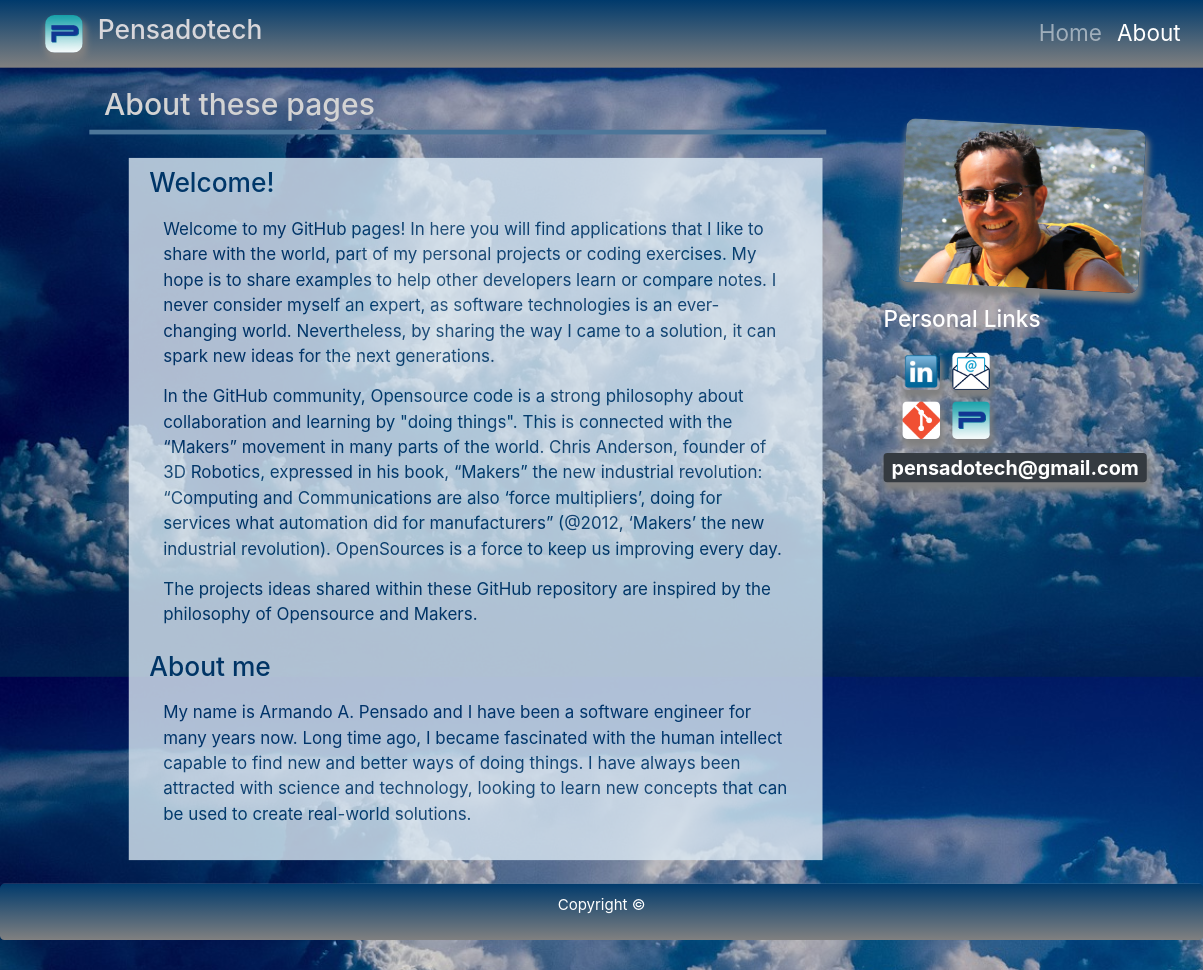
Repository: pensadotech/pensadotech.github.io
Page: about.html
An editor plug-in stored every save of this project. The page is shown before and after a run of saves, followed by the edit.
The browser window is 1280 px wide. The pictures show the whole page, at 94% of full size.
Backgrounds fixed to the window are drawn as part of the page.

Above is the page before, as saved 2022-10-29 13:15:17.

### about.html
<!DOCTYPE html>
<html lang="en">

<head>
  <meta charset="UTF-8">
  <meta name="viewport" content="width=<device-width>, initial-scale=1.0">
  <meta http-equiv="X-UA-Compatible" content="ie=edge">
  <title>About</title>
  <link rel="icon" href="./assets/images/pensadotech.ico">

  <!-- Styles  -->
  <link rel="stylesheet" href="./assets/styles/reset.css">
  <link href='https://stackpath.bootstrapcdn.com/bootstrap/4.1.1/css/bootstrap.min.css' rel='stylesheet'
    integrity='sha384-WskhaSGFgHYWDcbwN70/dfYBj47jz9qbsMId/iRN3ewGhXQFZCSftd1LZCfmhktB' crossorigin='anonymous'>
  <link rel="stylesheet" href="./assets/styles/ptech.css" class="css">
</head>

<body>

  <header class="header">
    <!-- Navigation var on top -->
    <nav class="navbar navbar-expand-sm navbar-dark gradBlue">
      <!-- Brand -->
      <a class="navbar-brand">
        <a class="nav-link d-inline" href="./index.html">
          <img src="./assets/images/P2.gif" alt="Logo" class="brandLogo imgRnd10 imageShadow">
        </a>
        <h3 class="d-inline align-baseline brandName">
          Pensadotech
        </h3>
      </a>
      <!-- Button for small devices -->
      <button class="navbar-toggler" type="button" data-toggle="collapse" data-target="#collapsibleNavbar">
        <span class="navbar-toggler-icon"></span>
      </button>
      <!-- Menu-Link options -->
      <div class="collapse navbar-collapse" id="collapsibleNavbar">
        <!-- Menu left aligned (ml-auto) ref: https://stackoverflow.com/questions/41513463/bootstrap-4-align-navbar-items-to-the-right -->
        <ul class="navbar-nav ml-auto">
          <li class="nav-item ml-auto ">
            <a class="nav-link" href="./index.html">Home</a>
          </li>
          <li class="nav-item ml-auto active">
            <a class="nav-link" href="./about.html">About</a>
          </li>
        </ul>
      </div>
    </nav>
  </header>
  <!-- header end -->

  <section class="section">
    <div class="container">

      <!-- Main row -->
      <div class="row">

        <!-- column 1 -->
        <div class="col-sm-9">

          <div class="row">
            <div class="col-sm-12 topSubtitle">
              <h2>About these pages</h2>
            </div>
          </div>
          <div class="row">
            <div class="col-sm-12">
              <div class="divider"> </div>
            </div>
          </div>

          <div class="d-flex p-2">
            <div class="row d-flex justify-content-center">
              <div class="contentEnvelop">

                <h3 class="sectionHeader">Welcome! </h3>
                <p class="sectionContent">
                  Welcome to my GitHub pages! In here you will find applications that I like to share with the world,
                  part of my personal projects or coding exercises.
                  My hope is to share examples to help other developers learn or
                  compare notes. I never consider myself an expert, as software technologies is an ever-changing world.
                  Nevertheless, by sharing the way I came to a solution, it can spark new ideas for the next
                  generations.
                </p>
                <p class="sectionContent">
                  In the GitHub community, Opensource code is a strong philosophy about collaboration and learning by
                  "doing things". This is connected with the “Makers” movement in many parts of the world. Chris
                  Anderson, founder of 3D Robotics, expressed in his book, “Makers” the new industrial revolution:
                  “Computing and Communications are also ‘force multipliers’, doing for services what automation did
                  for manufacturers” (@2012, ‘Makers’ the new industrial revolution). OpenSources is a force to keep
                  us improving every day.
                </p>
                <p class="sectionContent">
                  The projects ideas shared within these GitHub repository are inspired by the philosophy of
                  Opensource and Makers.
                </p>

                <h3 class="sectionHeader">About me </h3>
                <p class="sectionContent">
                  My name is Armando A. Pensado and I have been a software engineer for many years now. Long time ago, I
                  became fascinated with the human intellect capable to find new and better ways of doing things. I have
                  always been attracted with science and technology, looking to learn new concepts that can be used to
                  create real-world solutions.
                </p>

              </div>
            </div>
          </div>
        </div>
        <!-- column 1 end -->

        <!-- column 2 -->
        <div class="col-sm-3">
          <!-- <h6>About</h6> -->
          <div class="personalImageHolder">
            <img class="img-fluid personalImage imgRnd10 imageShadow imageRotate" src="./assets/images/pensado2016.jpg"
              alt="Armando A. Pensado">
          </div>


          <h4 class="personalHeader">Personal Links</h4>

          <div class="perLinkGroup">
            <!-- First group -->
            <div class="d-flex flex-nowrap perLinkFstRow">
              <div class="p-2 perLinkImgHolder">
                <a class="nav-link active" href="https://www.linkedin.com/in/armandopensado/" target="_blank"
                  title="go to linkedIn">
                  <img class="perLinkImg imgRnd5 imageShadow" src="./assets/images/linkedin.png" alt="linkeIn">
                </a>
              </div>
              <div class="p-2 perLinkImgHolder">
                <a class="nav-link active" href="mailto:pensadotech@gmail.com?Subject=Hello%20I%20have%20a%20request" target="_top"
                  title="send email">
                  <img class="perLinkImg imgRnd5 imageShadow" src="./assets/images/email.png" alt="Twitter">
                </a>
              </div>
            </div>
            <!-- Second group -->
            <div class="d-flex flex-nowrap">
              <div class="p-2 perLinkImgHolder">
                <a class="nav-link active" href="https://github.com/pensadotech" target="_blank" title="go to GitHub">
                  <img class="perLinkImg imgRnd5 imageShadow" src="./assets/images/git.png" alt="gitHub">
                </a>
              </div>
              <div class="p-2 perLinkImgHolder">
                <a class="nav-link active" href="http://www.pensadotech.com/" target="_blank" title="go to website">
                  <img class="perLinkImg imgRnd5 imageShadow" src="./assets/images/P2.gif" alt="pensadoTech">
                </a>
              </div>
              <div class="p-2 perLinkImgHolder">
                <!-- <a class="nav-link active" href="http://pensadotech.blogspot.com/" target="_blank" title="go to blog">
                  <img class="perLinkImg imgRnd5 imageShadow" src="./assets/images/blog.png" alt="blogg">
                </a> -->
              </div>
            </div>
          </div>
          <!-- perLinkGroup -->

          <h3 class="contactLinks">
            <span class="badge badge-dark imageShadow">pensadotech@gmail.com</span>
          </h3>

        </div>
        <!-- column 2 end -->

      </div>
      <!-- main row end -->

    </div>
    <!-- container end -->
  </section>
  <!-- section end -->

  <footer class="footer jumbotron text-center gradBlue">
    <p>Copyright &copy;</p>
  </footer>


  <!-- Scripts ............................. -->
  <script src="https://code.jquery.com/jquery-3.3.1.slim.min.js"
    integrity="sha384-q8i/X+965DzO0rT7abK41JStQIAqVgRVzpbzo5smXKp4YfRvH+8abtTE1Pi6jizo" crossorigin="anonymous">
  </script>
  <script src="https://cdnjs.cloudflare.com/ajax/libs/popper.js/1.14.3/umd/popper.min.js"
    integrity="sha384-ZMP7rVo3mIykV+2+9J3UJ46jBk0WLaUAdn689aCwoqbBJiSnjAK/l8WvCWPIPm49" crossorigin="anonymous">
  </script>
  <script src="https://stackpath.bootstrapcdn.com/bootstrap/4.1.3/js/bootstrap.min.js"
    integrity="sha384-ChfqqxuZUCnJSK3+MXmPNIyE6ZbWh2IMqE241rYiqJxyMiZ6OW/JmZQ5stwEULTy" crossorigin="anonymous">
  </script>

</body>

</html>

### assets/styles/ptech.css
body {
    /* Remove margins and padding around content */
    margin: 0;
    padding: 0;
    /* Fix background during scrolling */
    background-attachment: fixed;
    /* Use scalable background image (cross borwser) */
    background-image: url("../images/Background.jpg");
    background-position: center center;
    background-attachment: fixed;
    -webkit-background-size: cover;
    -moz-background-size: cover;
    -o-background-size: cover;
    background-size: cover;
    color: #003A6C;
}

.gradBlue {
    /* Gradient for NavBar */
    background-image: -webkit-linear-gradient(top, #003A6C, gray);
    background-image: -moz-linear-gradient(top, #003A6C, gray);
    background-image: -ms-linear-gradient(top, #003A6C, gray);
    background-image: -o-linear-gradient(top, #003A6C, gray);
    background-image: linear-gradient(top, #003A6C, gray);
}

.imgRnd10 {
    /* Rounded image corners */
    -webkit-border-radius: 10px;
    -moz-border-radius: 10px;
    border-radius: 10px;
}

.imgRnd5 {
    /* Rounded image corners */
    -webkit-border-radius: 5px;
    -moz-border-radius: 5px;
    border-radius: 5px;
}

.imageShadow {
    /* Add drop shadow */
    -webkit-box-shadow: 2px 7px 7px 2px gray;
    -moz-box-shadow: 2px 7px 7px 2px gray;
    box-shadow: 2px 7px 7px 2px gray;
}

.imageRotate {
    /* Rotate Image */
    -webkit-transform: rotate(3deg);
    -moz-transform: rotate(3deg);
    -o-transform: rotate(3deg);
    -ms-transform: rotate(3deg);
    transform: rotate(3deg);
}

/* Header ............................................... */
.brandName {
    color: rgb(216, 215, 219);
}

.header a {
    font-size: 24px;
}

a:hover {
    font-size: 25px;
}

.brandLogo {
    width: 40px;
}

/*  Footer ..................................... */
.footer {
    color: white;
    /* Controling the size of a jumbotron */
    padding-top: 10px;
    padding-bottom: 10px;
}

.redBorder {
    border: 2px solid red;
}

.grayBorder {
    border: 2px solid gray;
}

.divider {
    background-color: rgb(77, 118, 153);
    height: 5px;
    width: 95%;
    margin-left: 10px;
}

.topSubtitle {
    padding-top: 20px;
    margin-left: 3%;
    color: lightgray;
}

.contentEnvelop {
    background-color: #DBE9F4;
    opacity: 0.8;
    margin: 2% 5% 2% 7%;
    padding-bottom: 20px;
}

.sectionHeader {
    padding-top: 10px;
    padding-bottom: 10px;
    margin-left: 3%;
}

.sectionContent {
    font-size: 18px;
    margin-left: 5%;
    margin-right: 5%;
}




/* Personal image ...............................*/
.personalImageHolder {
    margin: 40px 0px 20px 0px;
}

.personalImage {
    width: 270px;
    margin-top: 20px;
    margin-left: 20px;
}

.personalHeader {
    color: white;
}

/* Personla links ............................*/
.perLinkGroup {
    margin: 20px 10px 20px 20px;
}

.perLinkFstRow {
    margin: 5px 0px 20px 0px;
}

.perLinkImgHolder {
    position: relative;
    margin-right: 5px;
}

.perLinkImg {
    width: 40px;
    padding-left: 0px;
    position: absolute;
    top: 0;
    left: 0;
}

.perLinkImg:hover {
    width: 45px;
}

.contactLinks {
    font-size: 28px;
}

/* media queries .............................. */
/* Intermediate tables */
@media screen and (max-width: 1200px) and (min-width: 986px) {
    .contactLinks {
        font-size: 24px;
    }
}

/* Small tables */
@media screen and (max-width: 985px) and (min-width: 576px) {
    .contactLinks {
        font-size: 18px;
    }
}

/* Mobile */
@media screen and (max-width: 576px) {
    .contactLinks {
        font-size: 28px;
    }
}

/* Article Cards ................................... */
.card {
    margin: 20px;
    width: 160px;
    height: 150px;
    background-color: lightgray;
    display: flex;
    justify-content: center;
    align-items: center;
}

.card-title {
    margin-top: 3px;
}

.card:hover {
    width: 170px;
    border: 3px solid blue;
}

/* Articles .......................................*/
.articleTitle {
    color: rgb(3, 3, 121);
    font-weight: bolder;
}

.articleSubtitle {
    color: gray;
}

.elementCenter {
    display: flex;
    justify-content: center;
    align-items: center;
}

.articleLinkImg:hover {
    font-size: 35px;
}

.articleLinkImg {
    width: 30px;
    padding-left: 0px;
}

/*  Image sizes ...................................... */
.articleImage40 {
    width: 40%;
}

.articleImage50 {
    width: 50%;
}

.articleImage60 {
    width: 60%;
}

.articleImage70 {
    width: 70%;
}

.articleImage80 {
    width: 80%;
}

.articleImage90 {
    width: 90%;
}

.articleImage100 {
    width: 100%;
}

Loaded but not shown: assets/styles/reset.css (common file)

After the next 2 saves:
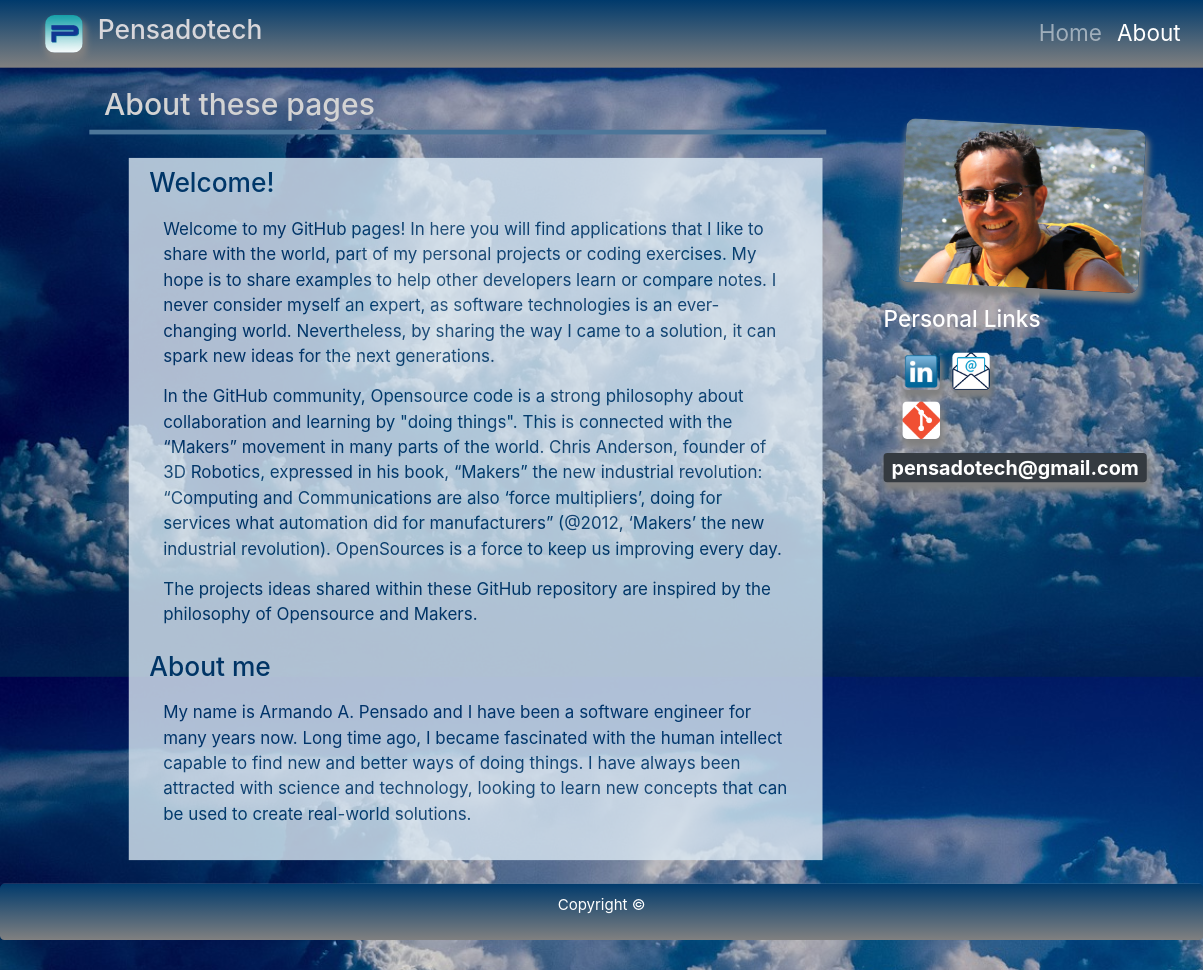
The 2 saves are shown as one change because they came seconds apart.
The last was saved 12 s later.
--- a/about.html
+++ b/about.html
@@ -144,11 +144,6 @@
                 </a>
               </div>
               <div class="p-2 perLinkImgHolder">
-                <a class="nav-link active" href="http://www.pensadotech.com/" target="_blank" title="go to website">
-                  <img class="perLinkImg imgRnd5 imageShadow" src="./assets/images/P2.gif" alt="pensadoTech">
-                </a>
-              </div>
-              <div class="p-2 perLinkImgHolder">
                 <!-- <a class="nav-link active" href="http://pensadotech.blogspot.com/" target="_blank" title="go to blog">
                   <img class="perLinkImg imgRnd5 imageShadow" src="./assets/images/blog.png" alt="blogg">
                 </a> -->
